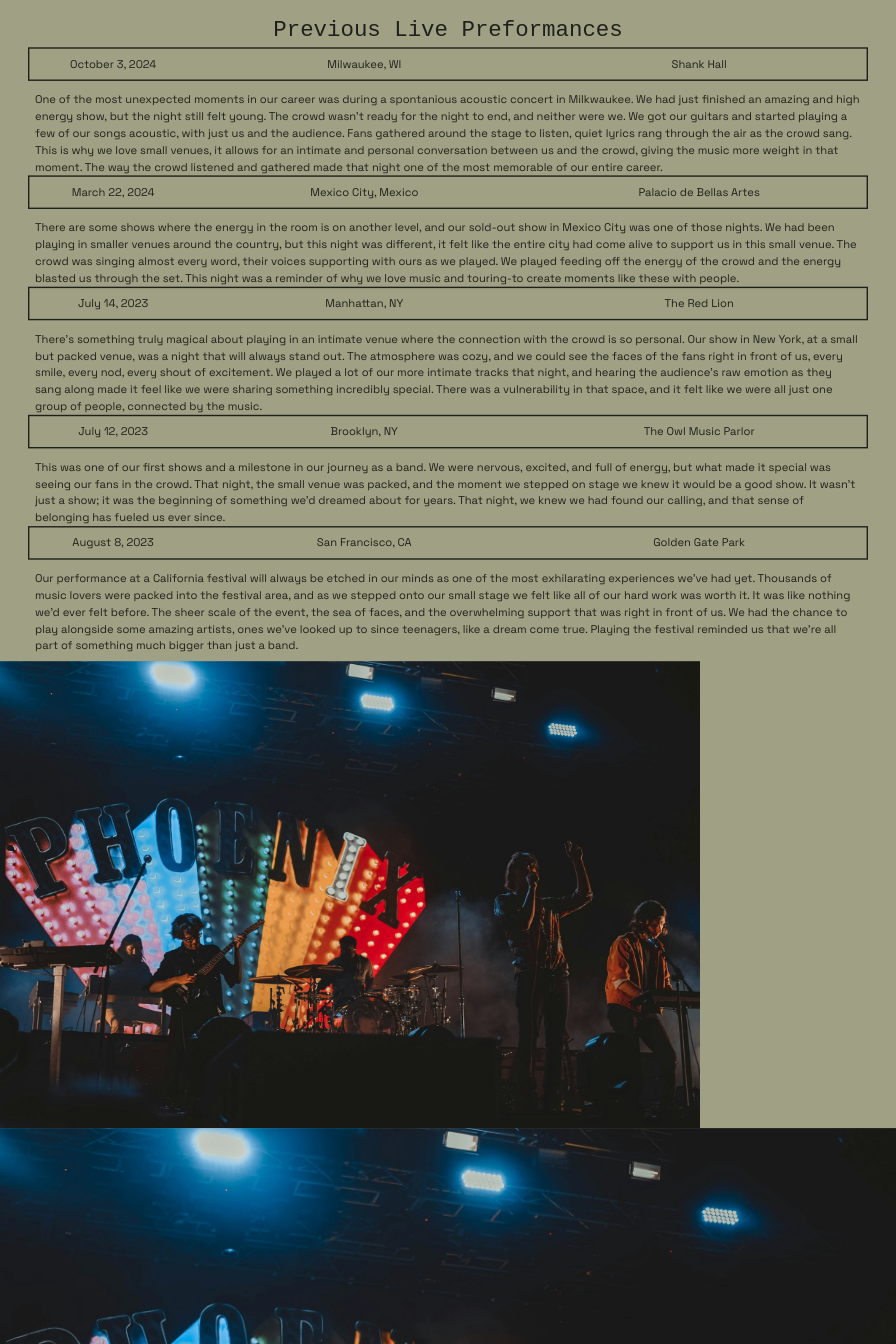
Repository: lime929/voices-del-viento
Page: /tour
An editor plug-in stored every save of this project. The page is shown before and after a run of saves, followed by the edit.
The browser window is 1280 px wide. The pictures show the part of the page from y = 992 to 2912 px (the page is 10004 px tall before and 10054 px after), at 70% of full size.
An inner scrolling area shows only its first screen. The project was rebuilt for these pictures with package versions that can differ from the ones it lists, and the page was loaded fresh each time. The framework's server and built-in components were replaced by stand-ins that run in the browser. Also part of the build but not shown: next.config.mjs.

Above is the page before, as saved 2026-09-15 17:41:40.

### app/layout.jsx
import '../app/globals.css';
import Footer from '../app/components/Footer';
import NavBar from '../app/components/NavBar';


export const metadata = {
  title: "Voces del Viento",
  description:
    "Voces del Viento is a Mexican indie rock band from Michoacán, blending classic Latin rock influences with modern sounds inspired by Caifanes, Juanes, and Los Enanitos Verdes. Discover their heartfelt music, cultural roots, and energetic live performances.",
  keywords: [
    "Voces del Viento",
    "Mexican indie rock",
    "Michoacán, Mexico",
    "Latin rock",
    "Alternative music",
    "band from Mexico",
    "indie music",
  ],
};

export default function MainLayout({ children }) {
  return (
    <html lang="en">
      <body>
        <NavBar />
        {children}
        <Footer />
      </body>
    </html>
  );
}

### app/tour/page.jsx
import styles from "./page.module.css";
import TourCurrent from "../components/TourCurrent";
import TourPast from "../components/TourPast";
import tours from "./tours.json";
import Image from "next/image";
import tourImage from "../../public/images/tour/tourImage.jpg";
import TourGallery from "../components/TourGallery";

export const metadata = {
  title: "Voces del Viento | Tour",
  description: "Live performances and tour dates for Voces del Viento. Check out our upcoming concerts and events.",
  keywords: [
    "Voces del Viento",
    "Concert announcements",
    "Live performances",
    "Tour dates",
    "Music events",
    "Band tour",
    "Live music",
    "Concert schedule",
    "Tour updates",
    "Music tour"
  ]
};

export default function TourPage() {
  const upcomingTours = tours.filter((tour) => tour.status === "upcoming");
  const pastTours = tours.filter((tour) => tour.status === "past");

  return (
    <>
      <div className={styles.tourContainer}>
      <div className={styles.tourHeader}>
        <h2 className={styles.tourTitle}>La Belleza del Cielo Tour</h2>
        <h4 className={styles.bandName}>Voices Del Viento</h4>
      </div>
       <div className={styles.currentColumns}>
  <div className={styles.currentTourImageWrap}>
          <Image
            src={tourImage}
            alt="Band's Tour image"
            width={700}
            height={800}
            sizes="100vw"
            className={styles.tourImage}
          />
        </div>
          <div className={styles.currentTourList}>
            {upcomingTours.map((tour) => (
            <TourCurrent key={tour.id} tour={tour} />
          ))}
          </div>
        </div>

        <div className={styles.pastTourList}>
          <h3 className={styles.pastTourTitle}>Previous Live Preformances</h3>
          {pastTours.map((tour) => (
            <TourPast key={tour.id} tour={tour} />
          ))}
        </div>
      </div>
      <TourGallery />
    </>
  );
}

### app/globals.css
/* @import url("https://fonts.googleapis.com/css2?family=Bebas+Neue&family=DM+Sans:opsz,wght@9..40,400;9..40,500;9..40,600;9..40,700&family=Space+Mono:wght@400;700&display=swap");
@import url('https://fonts.googleapis.com/css2?family=Space+Grotesk:wght@300..700&display=swap'); */

@import url('https://fonts.googleapis.com/css2?family=Archivo+Black&family=Bebas+Neue&family=DM+Sans:ital,opsz,wght@0,9..40,100..1000;1,9..40,100..1000&family=Oswald:wght@200..700&family=Roboto+Mono:ital,wght@0,100..700;1,100..700&family=Space+Grotesk:wght@300..700&display=swap');
@import "tailwindcss";

@theme {
      /* Large headings and album titles */
  --font-display: "Bebas Neue", sans-serif;
    /* Paragraphs, navigation, and buttons */
  --font-body: "Space Grotesk", sans-serif;
    /* Dates, labels, and small details */
  --font-mono: "Space Mono", monospace;

    /* Main page background */
  --color-band-bg: #A0A084;
    /* Main text, dark sections & footer */
  --color-band-ink: #1E211B;
    /* Text on dark/red backgrounds */
  --color-band-cream: #F2EBD8;
    /* Borders and secondary accents */
  --color-band-olive: #5a5a44;
    /* Small highlights and labels */
  --color-band-gold: #C49A46;
}

body {
  font-family: var(--font-body);
  background-color: var(--color-band-bg);
  color: var(--color-band-ink);
  margin: 0;
  padding: 0;
}

### app/components/Footer.jsx
export default function Footer() {
  return (
    <footer className="border-t border-band-olive bg-band-ink py-8 px-4 sm:px-6">
      <div className="mx-auto max-w-6xl">
        <div className="flex flex-col items-center justify-between gap-8 text-sm md:flex-row">
          {/* Copyright */}
          <div className="order-2 text-center md:order-1 md:text-left">
            <p className="font-semibold text-band-cream">
              © {new Date().getFullYear()}{' '}
              <span className="font-black text-band-cream">Voices Del Viento</span>
            </p>
            <p className="mt-1 font-mono text-xs tracking-wider text-band-gold">
              Made with Next.js & Tailwind by Liliana Mendez
            </p>
          </div>

          {/* Right links */}
          <nav className="order-1 flex items-center gap-6 md:order-2">
            <a
              href="/store"
              className="border-b-2 border-transparent pb-1 text-sm font-semibold text-band-cream transition-all duration-200 hover:border-band-gold hover:text-band-gold"
            >
              Store
            </a>
            <a
              href="/tour"
              className="border-b-2 border-transparent pb-1 text-sm font-semibold text-band-cream transition-all duration-200 hover:border-band-gold hover:text-band-gold"
            >
              Tour
            </a>
            <a
              href="/about"
              className="border-b-2 border-transparent pb-1 text-sm font-semibold text-band-cream transition-all duration-200 hover:border-band-gold hover:text-band-gold"
            >
              About
            </a>
            <a
              href="/news"
              className="border-b-2 border-transparent pb-1 text-sm font-semibold text-band-cream transition-all duration-200 hover:border-band-gold hover:text-band-gold"
            >
              News
            </a>
            <a
              href="/support"
              className="border-b-2 border-transparent pb-1 text-sm font-semibold text-band-cream transition-all duration-200 hover:border-band-gold hover:text-band-gold"
            >
              Support
            </a>
          </nav>
        </div>
      </div>
    </footer>
  );
}

### app/components/NavBar.jsx
'use client';
import { useState } from "react";
import Link from "next/link";
import Image from "next/image";
import { usePathname } from "next/navigation";
import { FaBars, FaTimes, FaFacebook, FaInstagram, FaYoutube, FaTwitter,FaSpotify } from "react-icons/fa";
import logoIcon from '../../app/icon.png';

export default function NavBar() {
  const [isMobileMenuOpen, setIsMobileMenuOpen] = useState(false);
  const pathname = usePathname();

  return (
    <>
      <nav className="bg-band-ink border-b border-band-olive sticky top-0 z-50">
        <div className="px-4 lg:px-6">
          <div className="relative flex h-24 items-center justify-between">

            {/* Mobile menu button: always positioned absolute left and hidden on md+ screens */}
            <div className="absolute inset-y-0 left-0 flex items-center md:hidden">
              <button
                onClick={() => setIsMobileMenuOpen(!isMobileMenuOpen)}
                className="inline-flex items-center justify-center p-2 rounded-md text-band-cream hover:text-band-gold hover:bg-band-olive/20 focus:outline-none focus:ring-2 focus:ring-band-gold"
                aria-controls="mobile-menu"
                aria-expanded={isMobileMenuOpen}
              >
                <span className="sr-only">Open main menu</span>
                {isMobileMenuOpen ? (
                  <FaTimes className="block h-6 w-6" />
                ) : (
                  <FaBars className="block h-6 w-6" />
                )}
              </button>
            </div>

            <div className="flex flex-1 items-center justify-center md:justify-start">
              <Link href="/" className="flex flex-shrink-0 items-center gap-2 hover:opacity-90 transition">
                <Image
                  src={logoIcon}
                  alt="Voices Del Viento Logo"
                  width={50}
                  height={50}
                  priority
                />

                <span className="hidden font-display text-4xl font-bold uppercase tracking-wide text-band-cream transition-colors hover:text-band-gold md:block md:mr-9">
                Voces Del Viento
                </span>
              </Link>


              <div className="hidden md:ml-6 md:block md:pt-2">
                <div className="flex space-x-4 lg:space-x-6">
                  <Link
                    href="/store"
                    className={`${
                      pathname === "/store" ? "border-b-2 border-band-gold text-band-gold" : "border-b-2 border-transparent text-band-cream hover:text-band-gold hover:border-band-gold"
                    } text-lg font-semibold pb-1 transition-all`}
                  >
                    Store
                  </Link>
                  <Link
                    href="/tour"
                    className={`${
                      pathname === "/tour" ? "border-b-2 border-band-gold text-band-gold" : "border-b-2 border-transparent text-band-cream hover:text-band-gold hover:border-band-gold"
                    } text-lg font-semibold pb-1 transition-all`}
                  >
                    Tour
                  </Link>
                  <Link
                    href="/about"
                    className={`${
                      pathname === "/about" ? "border-b-2 border-band-gold text-band-gold" : "border-b-2 border-transparent text-band-cream hover:text-band-gold hover:border-band-gold"
                    } text-lg font-semibold pb-1 transition-all`}
                  >
                    About
                  </Link>
                  <Link
                    href="/news"
                    className={`${
                      pathname === "/news" ? "border-b-2 border-band-gold text-band-gold" : "border-b-2 border-transparent text-band-cream hover:text-band-gold hover:border-band-gold"
                    } text-lg font-semibold pb-1 transition-all`}
                  >
                    News
                  </Link>
                  <Link
                    href="/support"
                    className={`${
                      pathname === "/support" ? "border-b-2 border-band-gold text-band-gold" : "border-b-2 border-transparent text-band-cream hover:text-band-gold hover:border-band-gold"
                    } text-lg font-semibold pb-1 transition-all`}
                  >
                    Support
                  </Link>
                </div>
              </div>
            </div>

            <div className="absolute inset-y-0 right-0 flex items-center pr-2 md:static md:ml-6 md:pr-0">
              <div className="flex items-center gap-2 text-band-cream">
             <button className="relative p-2 rounded-full transition-transform duration-250 ease-in-out hover:scale-110 hover:text-band-gold">
                    <FaFacebook className="h-6 w-6" />
                </button>
             <button className="relative p-2 rounded-full transition-transform duration-250 ease-in-out hover:scale-110 hover:text-band-gold">
                    <FaInstagram className="h-6 w-6" />
                </button>
             <button className="relative p-2 rounded-full transition-transform duration-250 ease-in-out hover:scale-110 hover:text-band-gold">
                    <FaYoutube className="h-6 w-6" />
                </button>
             <button className="relative p-2 rounded-full transition-transform duration-250 ease-in-out hover:scale-110 hover:text-band-gold">
                    <FaTwitter className="h-6 w-6" />
                </button>
            <button className="relative p-2 rounded-full transition-transform duration-250 ease-in-out hover:scale-110 hover:text-band-gold">
                    <FaSpotify className="h-6 w-6" />
                </button>
              </div>
            </div>
          </div>
        </div>

        {/* Mobile menu */}
        {isMobileMenuOpen && (
          <div className="md:hidden bg-band-ink/95 backdrop-blur-md border-t border-band-olive px-4 pb-4 pt-2 space-y-1">
            <Link
              href="/store"
              className={`${
                pathname === "/store" ? "bg-band-olive/20 text-band-cream" : "border-b-2 border-transparent text-band-cream hover:bg-band-olive/20 hover:text-band-gold"
              } block rounded-md px-3 py-3 text-base font-semibold transition-colors`}
              onClick={() => setIsMobileMenuOpen(false)}
            >
              Store
            </Link>
            <Link
              href="/tour"
              className={`${
                pathname === "/tour" ? "bg-band-olive/20 text-band-cream" : "border-b-2 border-transparent text-band-cream hover:bg-band-olive/20 hover:text-band-gold"
              } block rounded-md px-3 py-3 text-base font-semibold transition-colors`}
              onClick={() => setIsMobileMenuOpen(false)}
            >
              Tour
            </Link>
            <Link
              href="/about"
              className={`${
                pathname === "/about" ? "bg-band-olive/20 text-band-cream" : "border-b-2 border-transparent text-band-cream hover:bg-band-olive/20 hover:text-band-gold"
              } block rounded-md px-3 py-3 text-base font-semibold transition-colors`}
              onClick={() => setIsMobileMenuOpen(false)}
            >
              About
            </Link>
            <Link
              href="/news"
              className={`${
                pathname === "/news" ? "bg-band-olive/20 text-band-cream" : "border-b-2 border-transparent text-band-cream hover:bg-band-olive/20 hover:text-band-gold"
              } block rounded-md px-3 py-3 text-base font-semibold transition-colors`}
              onClick={() => setIsMobileMenuOpen(false)}
            >
              News
            </Link>
            <Link
              href="/support"
              className={`${
                pathname === "/support" ? "bg-band-olive/20 text-band-cream" : "border-b-2 border-transparent text-band-cream hover:bg-band-olive/20 hover:text-band-gold"
              } block rounded-md px-3 py-3 text-base font-semibold transition-colors`}
              onClick={() => setIsMobileMenuOpen(false)}
            >
              Support
            </Link>
          </div>
        )}
      </nav>
    </>
  );
}

### app/tour/page.module.css
/* Tour banner */
.tourContainer {
  display: flex;
  flex-direction: column;
  padding: 10px;
  background-color: var(--color-band-bg);
}

.tourHeader {
    align-items: center;
    text-align: center;
    width: 100vw;
    margin-left: calc(50% - 50vw);
    box-sizing: border-box;
}

.bandName {
  font-family: var(--font-mono);
  border-bottom: 2px solid var(--color-band-olive);
  padding-bottom: 5px;
}

.tourTitle {
  font-size: 2rem;
  font-weight: bold;
  margin-bottom: 5px;
  color: var(--color-band-ink);
  font-family: var(--font-display);
}

/* current tour entries */
.currentColumns {
  display: grid;
  grid-template-columns: 1fr 1fr;
  align-items: center;
  width: 100%;
}

.currentTourImageWrap {
  width: 700px;
  margin-top: 0;
  margin-left: 20px
}

.tourImage {
  width: 100%;
  height: auto;
  display: block;
}

.currentTourList {
  display: flex;
  flex-direction: column;
  gap: 0;
  max-height: 800px;
  overflow-y: auto;
  padding-right: 0.5rem;
}

.tourEntry {
  display: grid;
  grid-template-columns: 1.1fr 1fr 1.3fr auto;
  grid-template-rows: auto auto;
  align-items: center;
  gap: 1rem;
  padding: 0.4rem 0.3rem 0.1rem 1rem;
}

.tourEntry:hover {
  background-color: rgba(0, 0, 0, 0.05);
  transition: background-color 0.2s ease;
}

.tourDateLocation {
  display: flex;
  flex-direction: column;
  gap: 0.2rem;
}

.tourDateCell,
.tourLocationCell,
.tourVenueCell,
.tourGuestCell {
  font-size: 1rem;
  line-height: 1.3;
  margin: 0;
}

.tourTickets {
  justify-self: end;
  padding: 0.6rem 1.2rem;
  border: 1px solid var(--color-band-ink);
  text-decoration: none;
  color: var(--color-band-ink);
  text-transform: uppercase;
  letter-spacing: 0.08em;
  font-size: 0.8rem;
  transition: background-color 0.2s ease, color 0.2s ease;
}

.tourTickets:hover {
  background-color: var(--color-band-ink);
  color: var(--color-band-cream);
}

/* smaller screens */
/* dates appear below img */
@media (width <= 768px) {
  .tourContainer {
    display: flex;
    flex-direction: column;
  }

  .currentColumns {
    display: flex;
    flex-direction: column;
    width: 100%;
  }

  .currentTourImageWrap {
    width: 100%;
    margin-left: 0;
  }

  /* .pastTour {
    margin: 0;
  } */
}

/* Past tour dates */
.pastTourHeader {
  display: grid;
  grid-template-columns: 1fr 2fr 2fr;
  padding: 10px 0;
   text-align: center;
  border: 2px solid var(--color-band-ink);

}
.pastTourTitle {
 font-family: var(--font-mono);
 margin-top: 20px;
 font-size: 2rem;
  text-align: center;
}
.pastTour {
  max-width: 1200px;
  width: 100%;
  margin: 0 auto;
}



.tourDescription {
  /* border-bottom: 3px solid var(--color-band-olive); */
  padding: 15px 10px 0px 10px;

}


/* Tour Gallery */
.tourGalleryImage {
  width: 100%;
  height: auto;
  cursor: zoom-in;
  transition: transform 0.3s ease;
}

/* triggered when the img is clicked */
.tourGalleryImage.enlarged {
  transform: scale(2);
  cursor: zoom-out;
  z-index: 999;
  position: relative;
}

### app/components/TourCurrent.jsx
import styles from "../tour/page.module.css";

export default function TourCurrent({ tour }) {
  return (
    <div className={styles.tourEntry}>
      <div className={styles.tourDateLocation}>
        <div className={styles.tourDateCell}>{tour.date}</div>
        <div className={styles.tourLocationCell}>{tour.location}</div>
      </div>

      <div className={styles.tourVenueCell}>{tour.venue}</div>

      {tour.specialGuest && (
        <div className={styles.tourGuestCell}>{tour.specialGuest}</div>
      )}

      {tour.tickets && (
        <a
          href={tour.tickets.href}
          className={styles.tourTickets}
          target="_blank"
        >
          {tour.tickets.label}
        </a>
      )}
    </div>
  );
}

### app/components/TourPast.jsx
import styles from "../tour/page.module.css";

export default function TourPast({ tour }) {
  return (
  <>
    <div className={styles.pastTour}>
            <div className={styles.pastTourHeader}>
              <p className={styles.tourDate}>{tour.date}</p>
            <p className={styles.tourLocation}>{tour.location}</p>
            <p className={styles.tourVenue}>{tour.venue}</p>
            </div>
            <p className={styles.tourDescription}>{tour.description}</p>
    </div>
  </>
  );
}

### app/components/TourGallery.jsx
"use client";

import { useState } from "react";
import Image from "next/image";
import styles from "../tour/page.module.css";
import tour1 from "../../public/images/tour/tour-1.jpg";
import tour2 from "../../public/images/tour/tour-2.jpg";
import tour3 from "../../public/images/tour/tour-3.jpg";
import tour4 from "../../public/images/tour/tour-4.jpg";
import tour5 from "../../public/images/tour/tour-5.jpg";
import tour6 from "../../public/images/tour/tour-6.jpg";
import tour7 from "../../public/images/tour/tour-7.jpg";
import tour8 from "../../public/images/tour/tour-8.jpg";

const images = [tour1, tour2, tour3, tour4, tour5, tour6, tour7, tour8];

export default function TourGallery() {
  const [selectedImage, setSelectedImage] = useState(images[0]);

  return (
    <div className={styles.tourGallery}>
      <div className={styles.tourSpotlight}>
        <Image
          src={selectedImage}
          alt="Selected tour image"
          width={1000}
          height={800}
          className={styles.tourSpotlightImage}
        />
      </div>

      <div className={styles.tourGalleryGrid}>
        {images.map((image, index) => (
          <button
            key={index}
            type="button"
            className={styles.tourGalleryThumbButton}
            onClick={() => setSelectedImage(image)}
            aria-label={`View tour image ${index + 1}`}
          >
            <Image
              src={image}
              alt={`Tour Image ${index + 1}`}
              width={300}
              height={240}
              className={styles.tourGalleryImage}
            />
          </button>
        ))}
      </div>
    </div>
  );
}

Loaded but not shown: app/tour/tours.json (247 lines, source omitted)

After the next 3 saves:
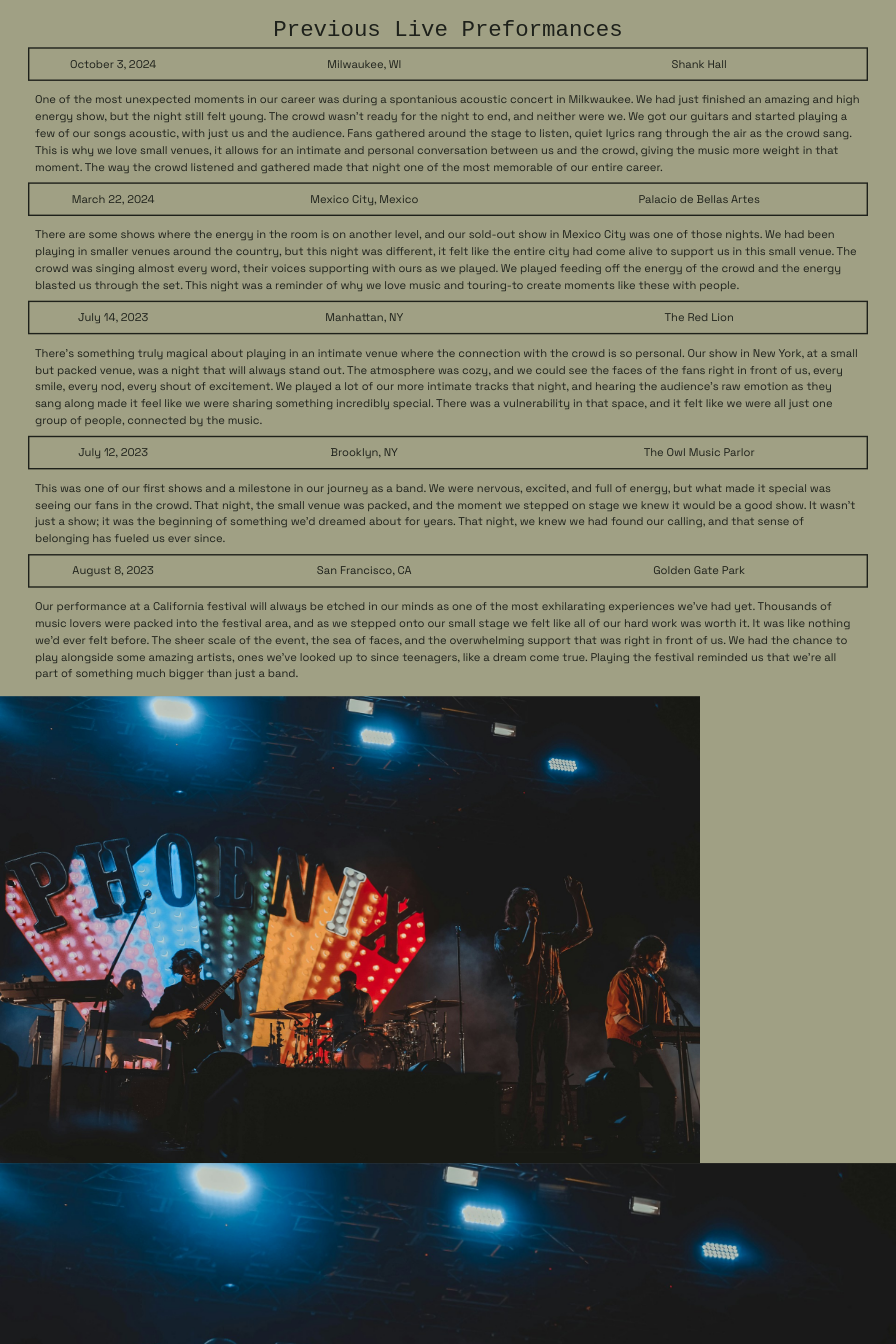
The 3 saves are shown as one change because they came seconds apart.
The last was saved 39 s later.
--- a/app/tour/page.module.css
+++ b/app/tour/page.module.css
@@ -152,7 +152,7 @@
 
 .tourDescription {
   /* border-bottom: 3px solid var(--color-band-olive); */
-  padding: 15px 10px 0px 10px;
+  padding: 15px 10px 10px 10px;
 
 }
 
